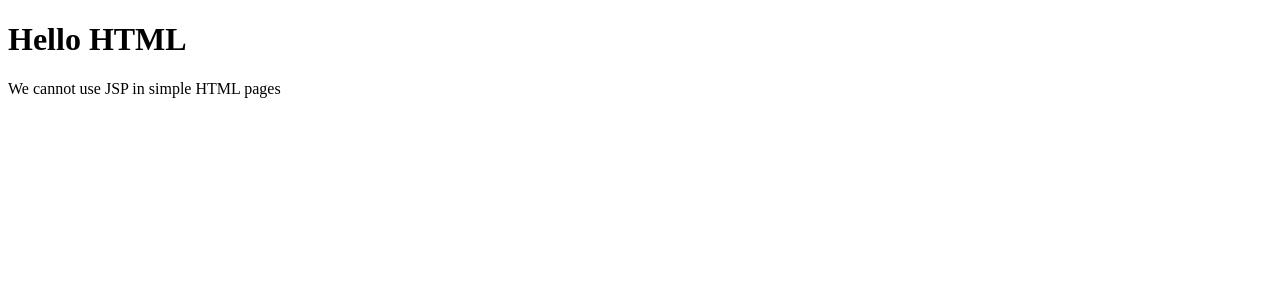
Repository: believemaster/JavaDynamicWeb-JSP
Page: Hello JSP/src/main/webapp/Hello.html
The author's editor kept a copy of each file at every save. The page is drawn from the files as they stood at one save, then again after the next save.
The browser window is 1280 px wide. The pictures show the whole page.

Above is the page before, as saved 2022-05-24 17:34:47.

### Hello JSP/src/main/webapp/Hello.html
<!DOCTYPE html>
<html>
<head>
<meta charset="UTF-8">
<title>New HTML Page</title>
</head>
<body>
	<h1>Hello HTML</h1>
	<p>We cannot use JSP in simple HTML pages</p>
</body>
</html>

After the next save:
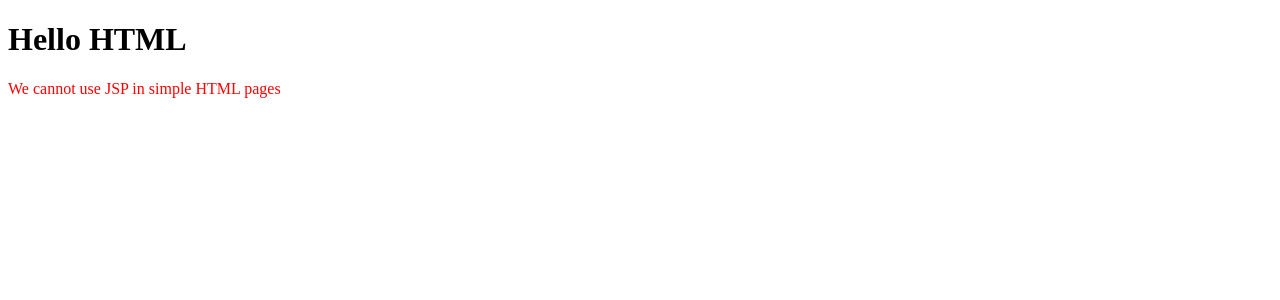
Saved 33 s later.
--- a/Hello JSP/src/main/webapp/Hello.html
+++ b/Hello JSP/src/main/webapp/Hello.html
@@ -3,9 +3,14 @@
 <head>
 <meta charset="UTF-8">
 <title>New HTML Page</title>
+<style>
+.red {
+color: red;
+}
+</style>
 </head>
 <body>
 	<h1>Hello HTML</h1>
-	<p>We cannot use JSP in simple HTML pages</p>
+	<p class="red">We cannot use JSP in simple HTML pages</p>
 </body>
 </html>
